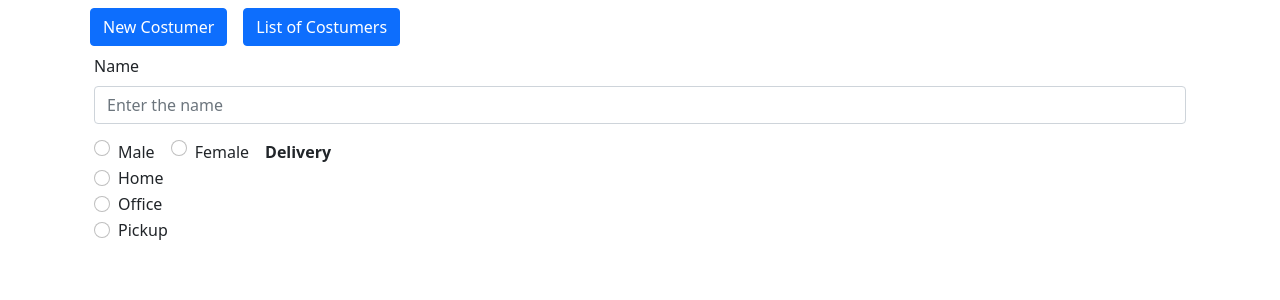
Repository: Sanjayjangra88/combo_app
Page: /, after clicking the first element matching `button.btn`
These files come from the project's save history. The page is drawn as it stood at one moment and after the next save; the edit follows.
The browser window is 1280 px wide. The pictures show the whole page.
Some web libraries are served in a nearby version. The project was rebuilt for these pictures with package versions that can differ from the ones it lists, and the page was loaded fresh each time. Also part of the build but not shown: src/App.js.

Above is the page before, as saved 2022-06-04 12:49:43.

After the next save:
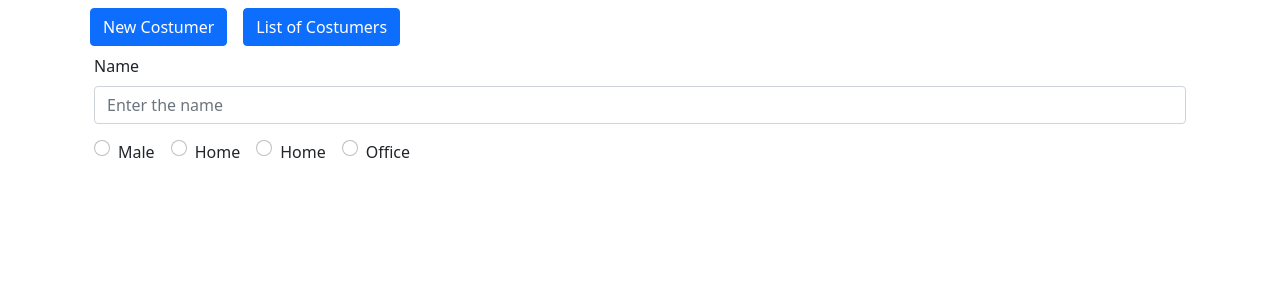
Saved 7 min 0 s later.
--- a/src/Components/dpForm.jsx
+++ b/src/Components/dpForm.jsx
@@ -39,31 +39,33 @@ export class dpForm extends Component {
                     value="Female"
                     checked={gender==="Female"}
                     onChange={this.handelChange}/>
-                    <label className="form-check-label">Female</label>
+                    <label className="form-check-label">Home</label>
                 </div>
-                {this.showCheckBoxes("Delivery",optionArry.delivery,"delivery",optionSell.delivery)}
+                <div className="form-check form-check-inline">
+                    <input
+                    className="form-check-input"
+                    type="radio"
+                    name="del"
+                    value="Home"
+                    checked={del==="Home"}
+                    onChange={this.handelChange}/>
+                    <label className="form-check-label">Home</label>
+                </div>
+                <div className="form-check form-check-inline">
+                    <input
+                    className="form-check-input"
+                    type="radio"
+                    name="del"
+                    value="Office"
+                    checked={del==="Office"}
+                    onChange={this.handelChange}/>
+                    <label className="form-check-label">Office</label>
+                </div>
+
       </div>
     )
   }
-  showCheckBoxes=(label,arr,name,selVal)=>{
-    return(
-        <React.Fragment>
-               <label className="form-check-label font-weight-bold">{label}</label><br/>
-              {arr.map((ele)=>(
-                   <div className="form-check ">
-                   <input
-                   className="form-check-input"
-                   type="radio"
-                   name={name}
-                   value={ele}
-                   checked={selVal===ele}
-                   onChange={this.handelChange}/>
-                   <label className="form-check-label">{ele}</label>
-               </div>
-              ))}
-        </React.Fragment>
-    )
-}
+
 }
 
 export default dpForm
